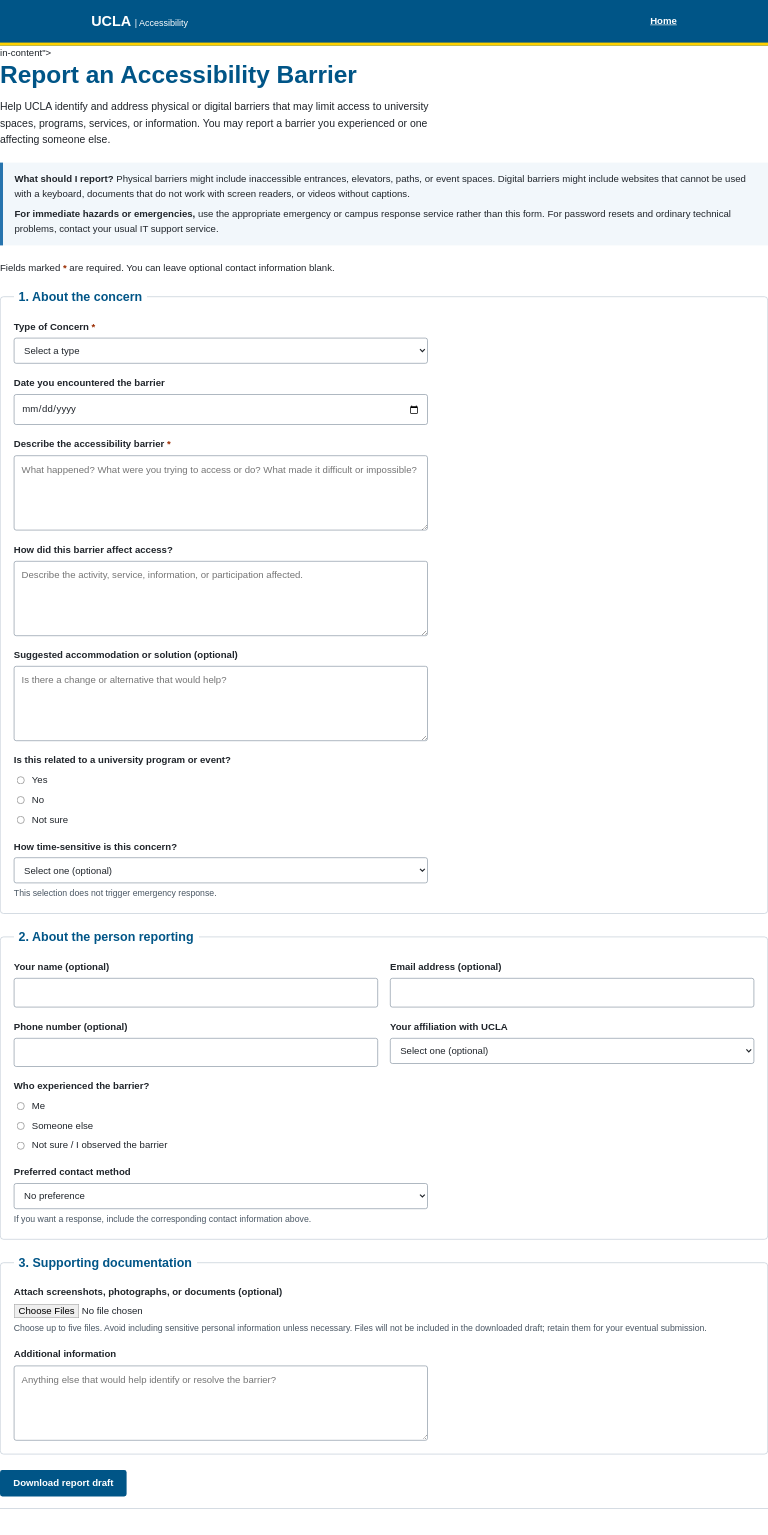
Repository: PSunnywell/UCLA-A11y-barrier-page
Page: report-barrierorig.html
An editor plug-in stored every save of this project. The page is shown before and after the next save, followed by the edit.
The browser window is 1280 px wide. The pictures show the whole page, at 60% of full size.

Above is the page before, as saved 2026-10-13 20:50:41.

After the next save:
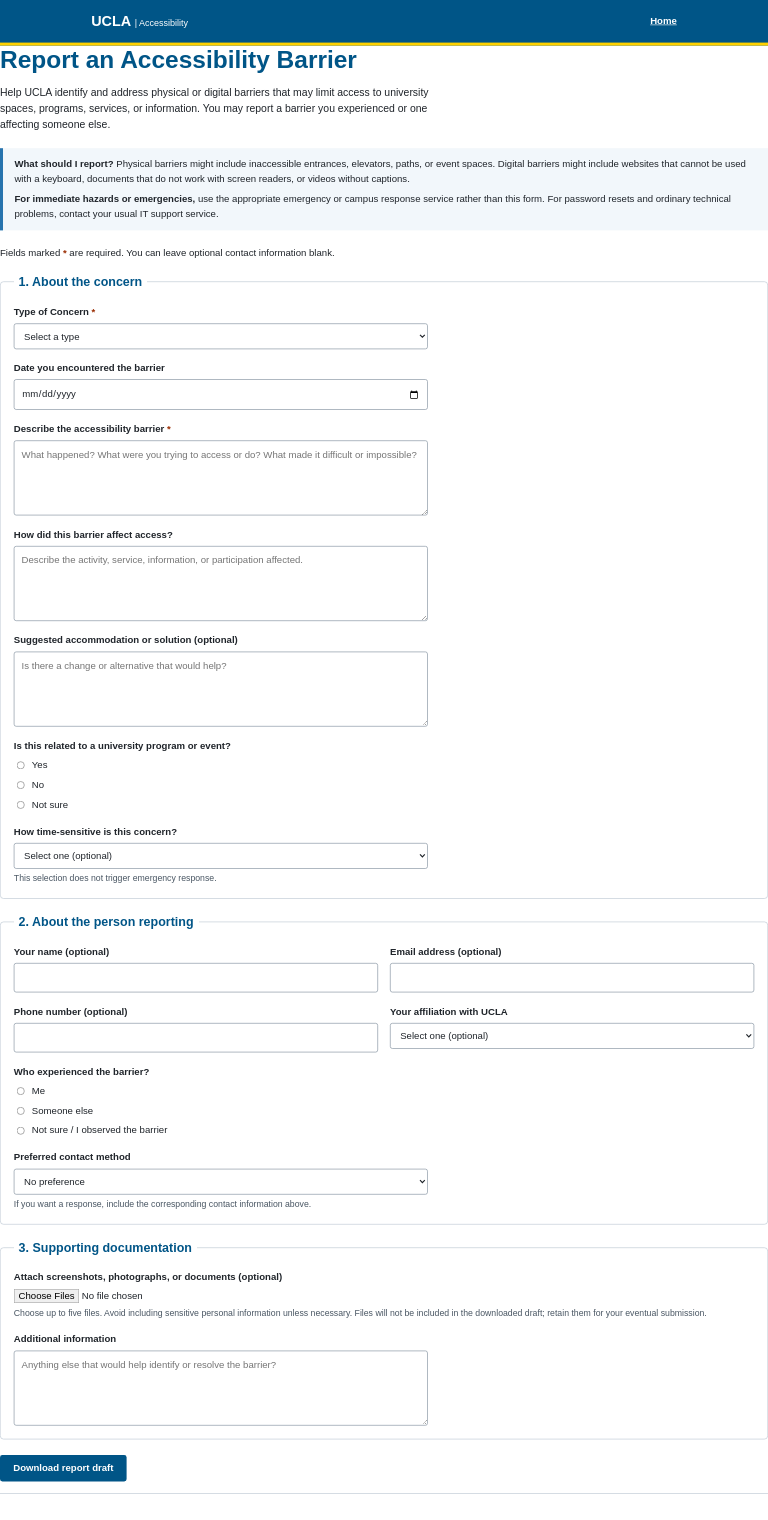
Saved 26 s later.
--- a/report-barrierorig.html
+++ b/report-barrierorig.html
@@ -13,7 +13,7 @@
 
 
 <header class="site-header"><div class="head-inner"><a class="brand" href="index.html" aria-label="UCLA accessibility home">UCLA <span style="font-size:15px;font-weight:400">| Accessibility</span></a><nav aria-label="Main navigation"><a href="index.html">Home</a></nav></div></header>
-in-content">
+
 <h1>Report an Accessibility Barrier</h1>
 <p class="lead">Help UCLA identify and address physical or digital barriers that may limit access to university spaces, programs, services, or information. You may report a barrier you experienced or one affecting someone else.</p>
 <div class="notice"><p><strong>What should I report?</strong> Physical barriers might include inaccessible entrances, elevators, paths, or event spaces. Digital barriers might include websites that cannot be used with a keyboard, documents that do not work with screen readers, or videos without captions.</p><p><strong>For immediate hazards or emergencies,</strong> use the appropriate emergency or campus response service rather than this form. For password resets and ordinary technical problems, contact your usual IT support service.</p></div>
